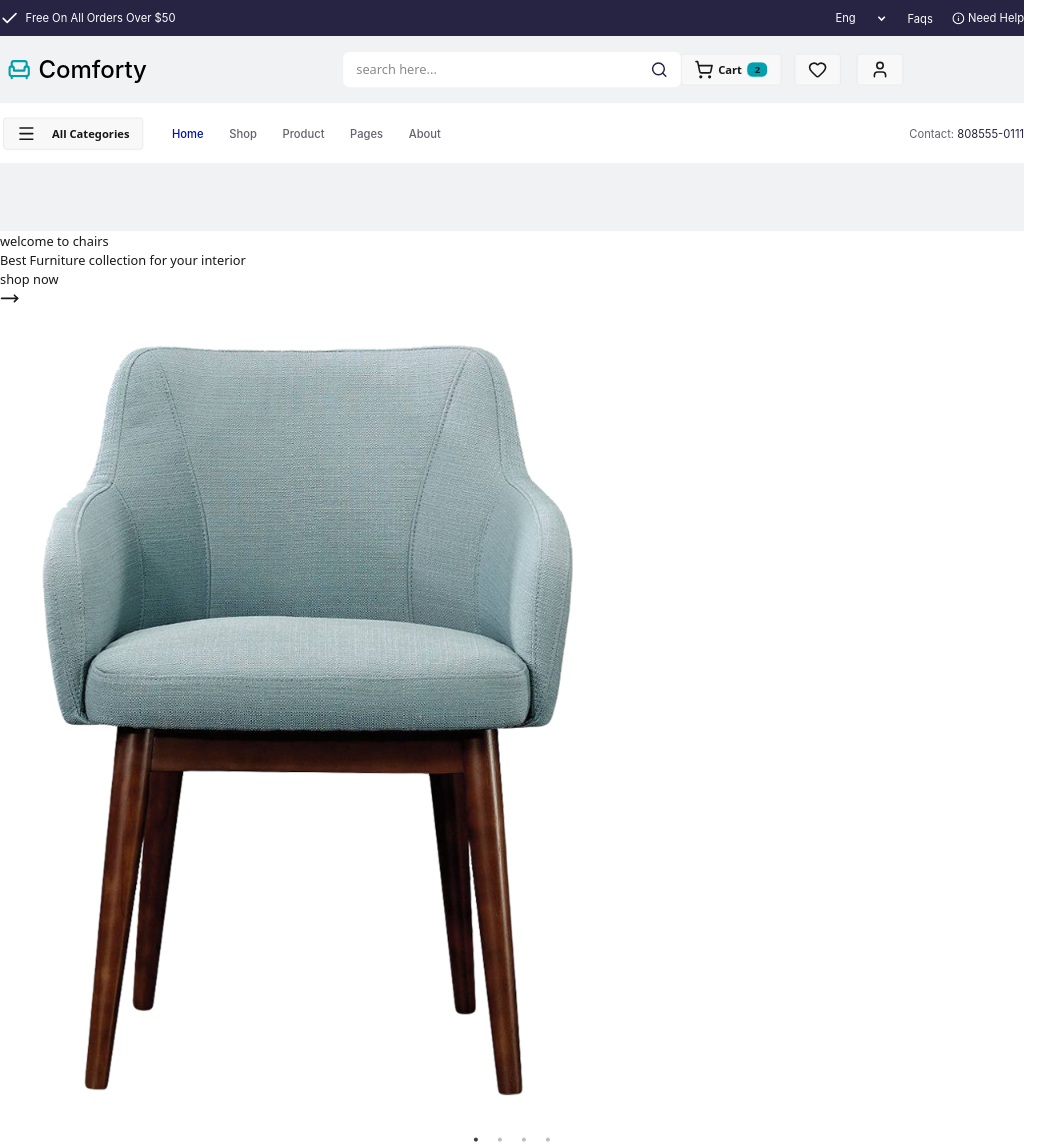
Repository: Neda0o0/store-template-website
Page: /
These files come from the project's save history. The page is drawn as it stood at one moment and after the next save; the edit follows.
The browser window is 1280 px wide. The page is 1305 px wide, so the pictures cover 1305 px, including what lies to the right of the window. The pictures show the whole page, at 80% of full size.
The project was rebuilt for these pictures with package versions that can differ from the ones it lists, and the page was loaded fresh each time. Also part of the build but not shown: vite.config.js, src/Pages/Auth/Auth.jsx, src/Pages/Auth/Login/Login.jsx, src/Pages/Auth/Register/Register.jsx, src/Pages/Error/Error.jsx, src/AuthCheck/AuthCheck.jsx.

Above is the page before, as saved 2025-10-21 15:37:46.

### index.html
<!doctype html>
<html lang="en">
  <head>
    <meta charset="UTF-8" />
    <link rel="icon" type="image/svg+xml" href="/vite.svg" />
    <meta name="viewport" content="width=device-width, initial-scale=1.0" />
    <title>new-project</title>
  </head>
  <body>
    <div id="root"></div>
    <script type="module" src="/src/main.jsx"></script>
  </body>
</html>

### src/main.jsx
import { StrictMode } from "react";
import { createRoot } from "react-dom/client";
import MainLayout from "./MainLayout/MainLayout";
import "./index.css";

createRoot(document.getElementById("root")).render(
  <StrictMode>
    <MainLayout />
  </StrictMode>
);

### src/MainLayout/MainLayout.jsx
import { BrowserRouter, Route, Routes } from "react-router";
import Navbar from "../components/Navbar/Navbar";
import Home from "../Pages/Home/Home";
import Auth from "../Pages/Auth/Auth";
import Login from "../Pages/Auth/Login/Login";
import Register from "../Pages/Auth/Register/Register";
import Error from "../Pages/Error/Error";
import AuthCheck from "../AuthCheck/AuthCheck";

const MainLayout = () => {
  return (
    <BrowserRouter>
      {/* Navbar */}
      <Navbar />
      <Routes>
        <Route
          path="/"
          element={
            <AuthCheck>
              <Home />
            </AuthCheck>
          }
        />
        <Route path="auth" element={<Auth />}>
          <Route path="login" element={<Login />} />
          <Route path="register" element={<Register />} />
        </Route>
        {/* not found routes */}
        <Route path="*" element={<Error />} />
      </Routes>
    </BrowserRouter>
  );
};
export default MainLayout;

### src/index.css
@import "tailwindcss";
@plugin "daisyui";

/* google font inter */
@import url("https://fonts.googleapis.com/css2?family=Inter:ital,opsz,wght@0,14..32,100..900;1,14..32,100..900&display=swap");

@theme {
  --font-inter: "Inter", sans-serif;
}

### src/components/Navbar/Navbar.jsx
import {
  Armchair,
  Check,
  Info,
  Search,
  ShoppingCart,
  Heart,
  User,
  Menu,
} from "lucide-react";
import { Link, NavLink } from "react-router-dom";

const Navbar = () => {
  return (
    <div>
      {/* navbar top */}
      <div className="navbar_top flex items-center justify-center bg-[#272343] w-full h-[45px]">
        <div className="lg:container flex justify-between items-center">
          <p className="flex items-center gap-2 text-sm font-inter font-normal text-white capitalize">
            <Check />
            Free on all orders over $50
          </p>
          <div className="navbar_top_right flex items-center gap-6">
            <select
              defaultValue="Server location"
              className=" bg-none h-[30px] w-[70px] text-sm font-inter font-normal capitalize text-white"
            >
              <option>Eng</option>
              <option>Farsi</option>
            </select>
            <button>
              <Link className="text-sm text-white font-inter font-normal capitalize ">
                Faqs
              </Link>
            </button>
            <button>
              <Link className="flex items-center gap-1 text-sm  text-white font-inter font-normal capitalize">
                <Info size={16} />
                Need help
              </Link>
            </button>
          </div>
        </div>
      </div>
      {/* navbar middle */}
      <div className="navbar middle flex items-center justify-center bg-[#f0f2f3] w-full h-[84px]">
        <div className="lg:container grid grid-cols-3 items-center">
          <div className="logo_wrapper">
            <Link
              to="/"
              className="text-3xl text-black font-inter font-medium capitalize flex items-center gap-2"
            >
              <Armchair size="2rem" color="#029fae" /> Comforty
            </Link>
          </div>
          <div className="search_box">
            <form action="#" className="max-w-[443px] h-[44px] relative">
              <input
                type="text"
                placeholder="search here..."
                className=" max-w-[443px] w-full h-full bg-white rounded-lg pl-4 "
              />
              <button className="absolute to-50% right-4 translate-y-1/2">
                <Search size="22px" color="#272343" />
              </button>
            </form>
          </div>
          {/* navbar middle right */}
          <div className="navbar_middle_right flex items-center gap-4">
            <button className="btn capitalize">
              <ShoppingCart /> cart
              <div className="badge badge-sm bg-[#029fae]">2</div>
            </button>
            <button className="btn capitalize">
              <Heart />
            </button>

            <div className="dropdown">
              <div tabIndex={0} role="button" className="btn m-1">
                <User />
              </div>
              <ul
                tabIndex="-1"
                className="dropdown-content menu bg-base-100 rounded-box z-1 w-52 p-2 shadow-sm"
              >
                <li>
                  <Link>Account</Link>
                </li>
                <li>
                  <Link>Logout</Link>
                </li>
              </ul>
            </div>
          </div>
        </div>
      </div>

      {/* navbar bottom */}
      <div className="navbar_bottom flex items-center justify-center w-full h-[75px] bg-white border-[#ele3e5]">
        <div className="lg:container flex items-center justify-between">
          <div className="navbar_bottom_left flex items-center gap-8">
            <div className="dropdown dropdown-start">
              <div
                tabIndex={0}
                role="button"
                className="btn m-1 flex items-center gap-5 capitalize"
              >
                <Menu /> all categories
              </div>
              <ul
                tabIndex="-1"
                className="dropdown-content menu bg-base-100 rounded-box z-1 w-52 p-2 shadow-sm"
              >
                <li>
                  <a>Chair</a>
                </li>
                <li>
                  <a>Pant</a>
                </li>
                <li>
                  <a>Shirt</a>
                </li>
                <li>
                  <a>T-shirt</a>
                </li>
              </ul>
            </div>
            <nav className="flex items-center gap-8">
              <NavLink
                to="/"
                className="text-sm text-[#020fae] font-inter font-medium capitalize"
              >
                Home
              </NavLink>
              <NavLink className="text-sm text-[#636270] font-inter font-medium capitalize">
                shop
              </NavLink>
              <NavLink className="text-sm text-[#636270] font-inter font-medium capitalize">
                product
              </NavLink>
              <NavLink className="text-sm text-[#636270] font-inter font-medium capitalize">
                pages
              </NavLink>
              <NavLink className="text-sm text-[#636270] font-inter font-medium capitalize">
                about
              </NavLink>
            </nav>
          </div>

          <div className="navbar_bottom_right">
            <p className="text-sm text-[#636270] font-inter font-normal capitalize">
              contact: <span className="text-[#272343]">{808}555-0111</span>
            </p>
          </div>
        </div>
      </div>
    </div>
  );
};
export default Navbar;

### src/Pages/Home/Home.jsx
import Banner from "../../components/Banner/Banner";
const Home = () => {
  return (
    <div>
      {/* banner component */}
      <div className="w-full bg-[#f0f2f3] min-h-[85px] flex items-center justify-center "></div>
      <Banner></Banner>
    </div>
  );
};
export default Home;

### src/components/Banner/Banner.jsx
import "slick-carousel/slick/slick.css";
import "slick-carousel/slick/slick-theme.css";
import Slider from "react-slick";
import { MoveRight } from "lucide-react";

const Banner = () => {
  const products = [
    {
      id: 1,
      title: "Best Furniture collection for your interior ",
      subTitle: "welcome to chairs",
      image: "/src/assets/Banner/banner_image.png",
    },
    {
      id: 2,
      title: "Best Furniture collection for your interior ",
      subTitle: "welcome to chairs",
      image: "/src/assets/Banner/banner_image.png",
    },
    {
      id: 3,
      title: "Best Furniture collection for your interior ",
      subTitle: "welcome to chairs",
      image: "/src/assets/Banner/banner_image.png",
    },
    {
      id: 4,
      title: "Best Furniture collection for your interior ",
      subTitle: "welcome to chairs",
      image: "/src/assets/Banner/banner_image.png",
    },
  ];
  const settings = {
    dots: true,
    infinite: true,
    speed: 500,
    slidesToShow: 1,
    slidesToScroll: 1,
  };
  return (
    <div className="lg:container ">
      <div className="slider-container">
        <Slider {...settings}>
          {products?.map((product) => (
            <div key={product?.id}>
              {/* banner text */}
              <div className="banner_text">
                <p>{product?.subTitle}</p>
                <h3>{product?.title}</h3>
                <button>
                  shop now <MoveRight />
                </button>
              </div>
              {/* banner image */}
              <div className="banner_image">
                <img size="10px" src={product?.image} alt={product?.title} />
              </div>
            </div>
          ))}
        </Slider>
      </div>
    </div>
  );
};
export default Banner;

After the next save:
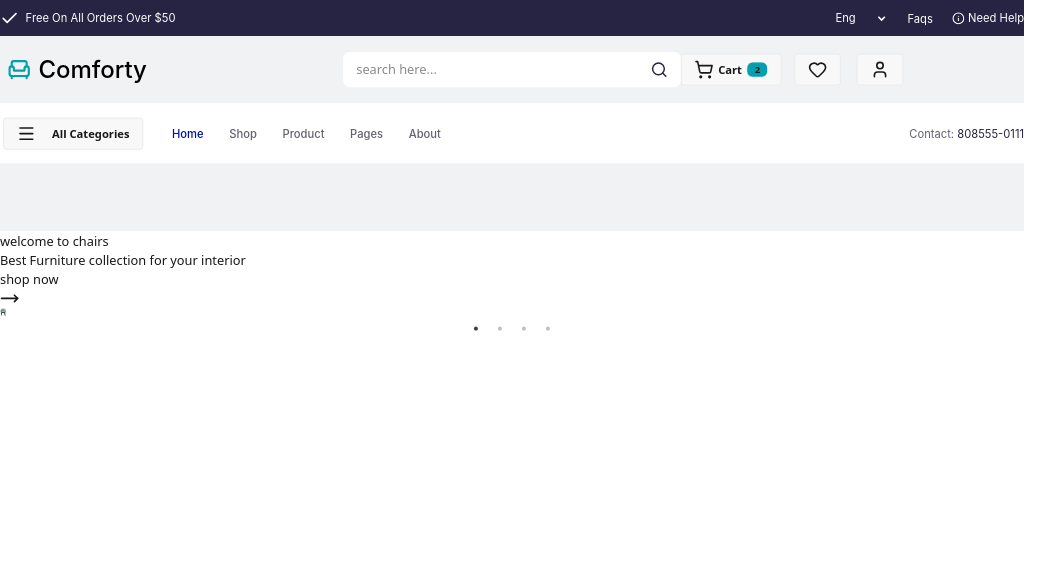
Saved 31 s later.
--- a/src/components/Banner/Banner.jsx
+++ b/src/components/Banner/Banner.jsx
@@ -52,8 +52,8 @@ const Banner = () => {
                 </button>
               </div>
               {/* banner image */}
-              <div className="banner_image">
-                <img size="10px" src={product?.image} alt={product?.title} />
+              <div className="banner_image w-2">
+                <img src={product?.image} alt={product?.title} />
               </div>
             </div>
           ))}
